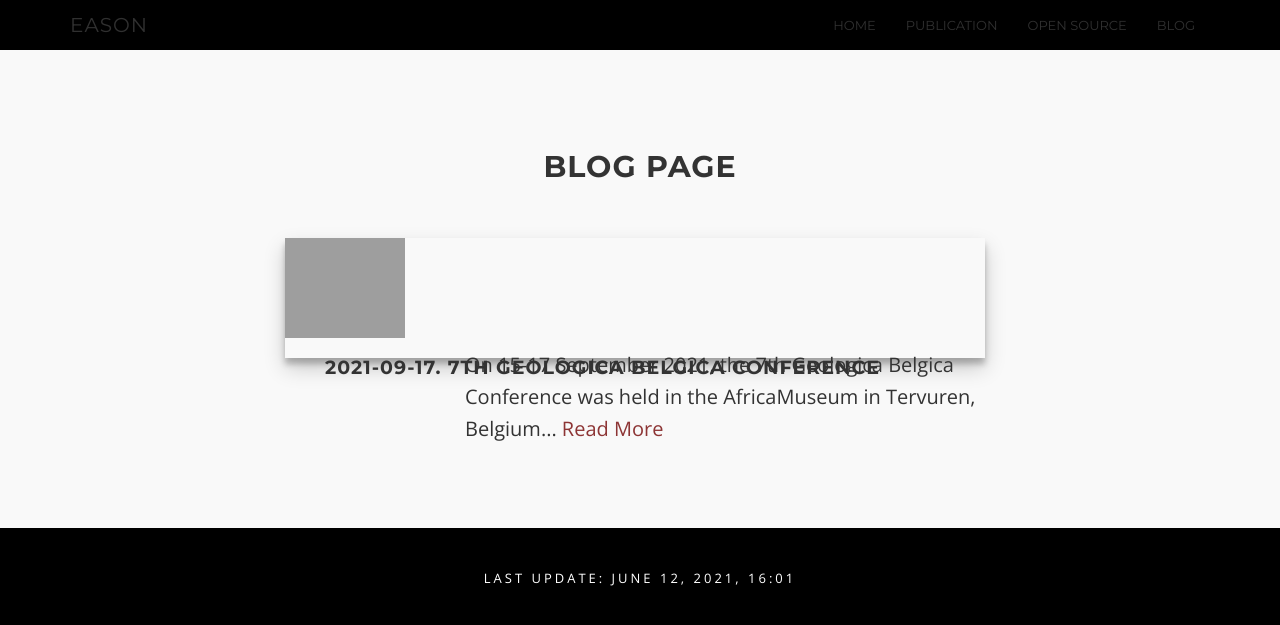
Repository: eazzzon/eazzzon.github.io
Page: blog.html
These files come from the project's save history. The page is drawn as it stood at one moment and after the next save; the edit follows.
The browser window is 1280 px wide. The pictures show the whole page.
Pictures or frames that could not be fetched are drawn as grey boxes.

Above is the page before, as saved 2021-09-18 13:17:37.

### blog.html
<!DOCTYPE html>
<html lang="en">
<head>
<meta charset="utf-8">
<meta http-equiv="X-UA-Compatible" content="IE=edge">
<meta name="viewport" content="width=device-width, initial-scale=1">
<meta name="description" content="">
<meta name="author" content="">
<title>yishen.zhang</title>
<!-- Bootstrap Core CSS -->
<link href="css/bootstrap.min.css" rel="stylesheet">
<!-- Custom CSS -->
<link href="css/theme.css" rel="stylesheet">
<!-- Custom Fonts -->
<link href="font-awesome/css/font-awesome.min.css" rel="stylesheet" type="text/css">
<link href="http://fonts.googleapis.com/css?family=Open+Sans:300,400,700,400italic,700italic" rel="stylesheet" type="text/css">
<link href="http://fonts.googleapis.com/css?family=Montserrat:400,700" rel="stylesheet" type="text/css">
<!-- HTML5 Shim and Respond.js IE8 support of HTML5 elements and media queries -->
<!-- WARNING: Respond.js doesn't work if you view the page via file:// -->
<!--[if lt IE 9]>
        <script src="https://oss.maxcdn.com/libs/html5shiv/3.7.0/html5shiv.js"></script>
        <script src="https://oss.maxcdn.com/libs/respond.js/1.4.2/respond.min.js"></script>
    <![endif]-->
</head>
<body id="page-top" data-spy="scroll" data-target=".navbar-fixed-top">
<!-- Navigation -->
<nav class="navbar navbar-custom navbar-fixed-top" role="navigation">
<div class="container">
	<div class="navbar-header">
		<button type="button" class="navbar-toggle" data-toggle="collapse" data-target=".navbar-main-collapse">
		<i class="fa fa-bars"></i>
		</button>
		<a class="navbar-brand page-scroll" href="index.html" style="color: #303030;">
		EASON </a>
	</div>
	<!-- Collect the nav links, forms, and other content for toggling -->
	<div class="collapse navbar-collapse navbar-right navbar-main-collapse">
		<ul class="nav navbar-nav" style="color: #303030;">
			<li>
			<a href="index.html">Home</a>
			</li>
			<li>
			<a href="publication.html">publication</a>
			</li>
			<li>
			<a href="opensource.html">open source</a>
			</li>
			<li>
			<a href="blog.html">blog</a>
			</li>
		</ul>
	</div>
	<!-- /.navbar-collapse -->
</div>
<!-- /.container -->
</nav>

<!-- Page Sample Section -->
<section id="page-sample">


<div class="container content-section text-left">
	<div class='container'>
		<div class="row">
			<h2 class="text-center">BLOG PAGE</h2>
			<div class="col-lg-8 col-lg-offset-2">
				<div class="post-box">
					<img class="box-img" src="https://geologicabelgica2021.africamuseum.be/sites/default/files/media/images/Logo%20Geologica%20Belgica.png" alt="lower crust foundering" />
					<div class="box-text">
						<a  href="post20210917.html">
							<h4 class="box-text">2021-09-17. 7th Geologica Belgica Conference </h4>
						</a>
						<p class="p">On 15-17 September 2021, the 7th Geologica Belgica Conference was held in the AfricaMuseum in Tervuren, Belgium... <a href="post20210917.html" style="color:rgb(141, 53, 53);">Read More</a></p>
					</div>
				</div>
				</div>

			</div>
		</div>
	</div>
</div>
</section>




<!-- Footer -->
<footer>
<div class="container text-center">
	<p class="credits">
		last update: June 12, 2021, 16:01
	</p>
</div>
</footer>
<!-- jQuery -->
<script src="js/jquery.js"></script>
<!-- Bootstrap Core JavaScript -->
<script src="js/bootstrap.min.js"></script>
<!-- Plugin JavaScript -->
<script src="js/jquery.easing.min.js"></script>
<!-- Custom Theme JavaScript -->
<script src="js/theme.js"></script>
</body>
</html>

### css/theme.css
/* Aries v1.0 - by WowThemes.net */
body {
	width:100%;
	height:100%;
	font-family:Open Sans,"Helvetica Neue",Helvetica,Arial,sans-serif;
	color:#fff;
	background-color:#000;
	 font-weight:300;
}
html {
	width:100%;
	height:100%;
}
h1,h2,h3,h4,h5,h6 {
	margin:0 0 35px;
	text-transform:uppercase;
	font-family:Montserrat,"Helvetica Neue",Helvetica,Arial,sans-serif;
	font-weight:700;
	letter-spacing:1px;
}
p {
	margin:0 0 25px;
	font-size:18px;
	line-height:1.5;
}
@media(min-width:768px) {
	p {
		margin:0 0 35px;
		font-size:20px;
		line-height:1.6;
	}
}
a {
	color:inherit;
	-webkit-transition:all .2s ease-in-out;
	-moz-transition:all .2s ease-in-out;
	transition:all .2s ease-in-out;
}
a:hover,a:focus {
	text-decoration:none;
	color:inherit;
}
.light {
	font-weight:400;
}
.navbar-custom {
	margin-bottom:0;
	border-bottom:1px solid rgba(255,255,255,.3);
	text-transform:uppercase;
	font-family:Montserrat,"Helvetica Neue",Helvetica,Arial,sans-serif;
	background-color:#000;
}
.navbar-custom .navbar-brand {
	font-size:20px;
	text-transform:none;
	letter-spacing:1px;
}
.navbar-custom .navbar-brand:focus {
	outline:0;
}
.navbar-custom .navbar-brand .navbar-toggle {
	padding:4px 6px;
	font-size:16px;
	color:#fff;
}
.navbar-custom .navbar-brand .navbar-toggle:focus,.navbar-custom .navbar-brand .navbar-toggle:active {
	outline:0;
}
.navbar-custom a {
}
.navbar-custom .nav li a {
	-webkit-transition:background .3s ease-in-out;
	-moz-transition:background .3s ease-in-out;
	transition:background .3s ease-in-out;
}
.navbar-custom .nav li a:hover {
	outline:0;
	color:#1ba39c;
	background-color:transparent;
}
.navbar-custom .nav li a:focus,.navbar-custom .nav li a:active {
	outline:0;
	background-color:transparent;
}
.navbar-custom .nav li.active {
	outline:0;
}
.navbar-custom .nav li.active a {
	color:#1ba39c;
}
.navbar-custom .nav li.active a:hover {
	color:#1ba39c;
}
@media(min-width:768px) {
	.navbar-custom {
		padding:20px 0;
		border-bottom:0;
		font-size:13px;
		background:0 0;
		-webkit-transition:background .5s ease-in-out,padding .5s ease-in-out;
		-moz-transition:background .5s ease-in-out,padding .5s ease-in-out;
		transition:background .5s ease-in-out,padding .5s ease-in-out;
	}
		 .navbar-custom.top-nav-collapse {
		 padding:0;
		border-bottom:1px solid rgba(255,255,255,.3);
		color:#333;
			background:#fff;
	}
	.navbar-custom.top-nav-collapse a {
		color:#333;
		display:inline-block;
	}
}
.intro {
	display:table;
	width:100%;
	height:auto;
	padding:100px 0 100px 0;
	text-align:center;
	color:#fff;
	background-image:radial-gradient(circle at 50% 50%,rgba(95, 94, 94, 0.46),rgba(56, 56, 56, 0.88)), url('labelled.png');
	-webkit-background-size:cover;
	-moz-background-size:cover;
	background-size:cover;
	-o-background-size:cover;
}
.intro .intro-body {
	display:table-cell;
	vertical-align:middle;
}
.intro .intro-body .brand-heading {
	font-size:40px;
}
.intro .intro-body .intro-text {
	font-size:18px;
}
@media(min-width:768px) {
	.intro {
		height:100%;
		padding:0;
	}
	.intro .intro-body .brand-heading {
		font-size:60px;
		margin-top:90px;
		margin-bottom:20px;
		border-top:2px solid #fff;
		border-bottom:2px solid #fff;
		display:inline-block;
		padding:10px 0;
	}
	.intro .intro-body .intro-text {
		font-size:20px;
			font-weight:300;
			letter-spacing:3px;
	}
}
.btn-circle {
	width:50px;
	height:50px;
	margin-top:15px;
	line-height:40px;
	text-align:center;
	border:2px solid #fff;
	border-radius:100%!important;
	font-size:20px;
	color:#fff;
	background:0 0;
	-webkit-transition:background .3s ease-in-out;
	-moz-transition:background .3s ease-in-out;
	transition:background .3s ease-in-out;
}
.btn-circle:hover,.btn-circle:focus {
	outline:0;
	color:#fff;
	background:rgba(255,255,255,.1);
}
.btn-circle i.animated {
	-webkit-transition-property:-webkit-transform;
	-webkit-transition-duration:1s;
	-moz-transition-property:-moz-transform;
	-moz-transition-duration:1s;
}
.btn-circle:hover i.animated {
	-webkit-animation-name:pulse;
	-moz-animation-name:pulse;
	-webkit-animation-duration:1.5s;
	-moz-animation-duration:1.5s;
	-webkit-animation-iteration-count:infinite;
	-moz-animation-iteration-count:infinite;
	-webkit-animation-timing-function:linear;
	-moz-animation-timing-function:linear;
}
@-webkit-keyframes pulse {
	0% {
		-webkit-transform:scale(1);
		transform:scale(1);
	}
	50% {
		-webkit-transform:scale(1.2);
		transform:scale(1.2);
	}
	100% {
		-webkit-transform:scale(1);
		transform:scale(1);
	}
}
@-moz-keyframes pulse {
	0% {
		-moz-transform:scale(1);
		transform:scale(1);
	}
	50% {
		-moz-transform:scale(1.2);
		transform:scale(1.2);
	}
	100% {
		-moz-transform:scale(1);
		transform:scale(1);
	}
}
.content-section {
	padding:40px 0;
	clear:both;
}
@media(min-width:767px) {
	.content-section {
		padding:150px 0;
			 clear:both;
	}
}
.btn {
	border-radius:0;
	text-transform:uppercase;
	font-family:Montserrat,"Helvetica Neue",Helvetica,Arial,sans-serif;
	font-weight:400;
	-webkit-transition:all .3s ease-in-out;
	-moz-transition:all .3s ease-in-out;
	transition:all .3s ease-in-out;
}
.btn-default {
	border:1px solid #42dca3;
	color:#42dca3;
	background-color:transparent;
}
.btn-default:hover,.btn-default:focus {
	border:1px solid #42dca3;
	outline:0;
	color:#000;
	background-color:#42dca3;
}
ul.banner-social-buttons {
	margin-top:0;
}
@media(max-width:1199px) {
	ul.banner-social-buttons {
		margin-top:15px;
	}
}
@media(max-width:767px) {
	ul.banner-social-buttons li {
		display:block;
		margin-bottom:20px;
		padding:0;
	}
	ul.banner-social-buttons li:last-child {
		margin-bottom:0;
	}
}
footer {
	padding:40px 0;
	z-index:1;
	position:relative;
	clear:both;
}
footer p {
	margin:0;
	font-size:15px;
}
footer p.credits {
	text-transform:uppercase;
	font-size:13px;
	letter-spacing:3px;
}
::-moz-selection {
	text-shadow:none;
	background:#fcfcfc;
	background:rgba(255,255,255,.2);
}
::selection {
	text-shadow:none;
	background:#fcfcfc;
	background:rgba(255,255,255,.2);
}
img::selection {
	background:0 0;
}
img::-moz-selection {
	background:0 0;
}
body {
	webkit-tap-highlight-color:rgba(255,255,255,.2);
}
.bgblue {
	background:#22292c;
}
.inlineblock {
	display:inline-block;
}
p:last-child {
	margin-bottom:0;
}
p.lead {
	line-height:1.9;
}
.btnghost {
	border:2px solid #333;
	background-color:transparent;
	padding:15px 20px;
	letter-spacing:3px;
	font-size:12px;
	text-transform:uppercase;
	font-weight:400;
	color:#333;
	margin-top:20px;
	display:inline-block;
}
.btnghost:hover {
	background-color:#333;
	color:#fff;
	border:2px solid #333;
}
.bgcover {
	background-size:cover;
	background-repeat:no-repeat;
	position:relative;
}
img {
	max-width:100%;
}
.gallery ul {
	padding:0;
	margin:0;
}
.gallery img {
	max-width:100%;
	height:auto;
	padding:0;
	margin:0;
}
.gallery ul li {
	margin:0;
	position:relative;
	list-style:none;
	float:left;
	padding:0;
}
.gallery ul li a {
	display:block;
	position:relative;
	width:100%;
	height:100%;
	margin:0;
	padding:0;
	line-height:0;
}
.gallery ul li a:before {
	position:absolute;
	width:32px;
	height:32px;
	top:40%;
	left:50%;
	margin:-14px 0 0 -16px;
	/* background: url(data:[embedded picture, 2228 characters]) no-repeat; */
	content:"";
	opacity:0;
	z-index:1;
	-webkit-transition:all 0.3s linear;
	-moz-transition:all 0.3s linear;
	transition:all 0.3s linear;
}
.gallery ul li a:hover:before {
	top:50%;
	opacity:1;
}
.gallery ul li a:after {
	position:absolute;
	width:100%;
	top:0;
	bottom:0;
	background:rgba(0,0,0,0.3);
	content:"";
	opacity:0;
	-webkit-transition:all 0.3s linear;
	-moz-transition:all 0.3s linear;
	transition:all 0.3s linear;
}
.gallery ul li a:hover:after {
	opacity:1;
}
section:after {
	float:none;
	clear:both;
}
section {
	background-color:#f9f9f9;
	color:#333;
	overflow:hidden;
}
.done {
	display:none;
}
.error input,input.error,.error textarea,textarea.error {
	background-color:#ffffff;
	border-bottom:2px solid orangered !Important;
	-webkit-transition:border linear 0.2s,box-shadow linear 0.2s;
	-moz-transition:border linear 0.2s,box-shadow linear 0.2s;
	-o-transition:border linear 0.2s,box-shadow linear 0.2s;
	transition:border linear 0.2s,box-shadow linear 0.2s;
}

/* post-box style */
.post-box {
	width: 700px;
	height: 120px;
	margin: 20px;
	box-shadow: 0 10px 20px rgba(0, 0, 0, 0.19), 0 6px 6px rgba(0, 0, 0, 0.23);
  }

  .box-img {
	width: 120px;
	height: 100px;
	padding: 0px;
	margin: 0px;
  }

  .box-text {
	margin: 0px;
	position: relative;
	font-size: 19px;
	padding: 10px;
	left: 10px;
  }

  .p {
	padding: 50px;
	margin: 10px;
	position: relative;
	bottom: 100px;
	left: 100px;
  }

  .p2 {
	padding: 0px;
	margin: 0px;
	font-size: 15px;
	position: relative;
	left: 25px;
  }

### js/theme.js
// jQuery to collapse the navbar on scroll
$(window).scroll(function() {
    if ($(".navbar").offset().top > 50) {
        $(".navbar-fixed-top").addClass("top-nav-collapse");
    } else {
        $(".navbar-fixed-top").removeClass("top-nav-collapse");
    }
});

// jQuery for page scrolling feature - requires jQuery Easing plugin
$(function() {
    $('a.page-scroll').bind('click', function(event) {
        var $anchor = $(this);
        $('html, body').stop().animate({
            scrollTop: $($anchor.attr('href')).offset().top
        }, 1500, 'easeInOutExpo');
        event.preventDefault();
    });
});

// Closes the Responsive Menu on Menu Item Click
$('.navbar-collapse ul li a').click(function() {
    $('.navbar-toggle:visible').click();
});

Loaded but not shown: css/bootstrap.min.css (library); font-awesome/css/font-awesome.min.css (library); js/jquery.js (library); js/bootstrap.min.js (library); js/jquery.easing.min.js (library)

After the next save:
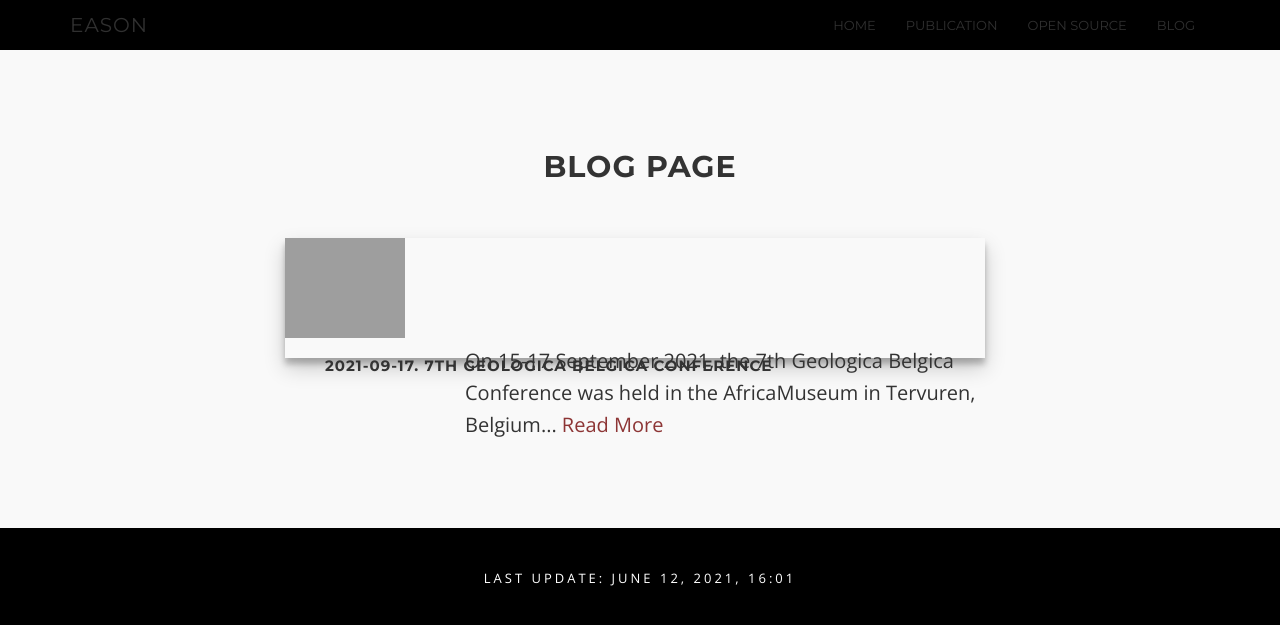
Saved 8 s later.
--- a/css/theme.css
+++ b/css/theme.css
@@ -437,7 +437,7 @@ section {
   .box-text {
 	margin: 0px;
 	position: relative;
-	font-size: 19px;
+	font-size: 15px;
 	padding: 10px;
 	left: 10px;
   }
